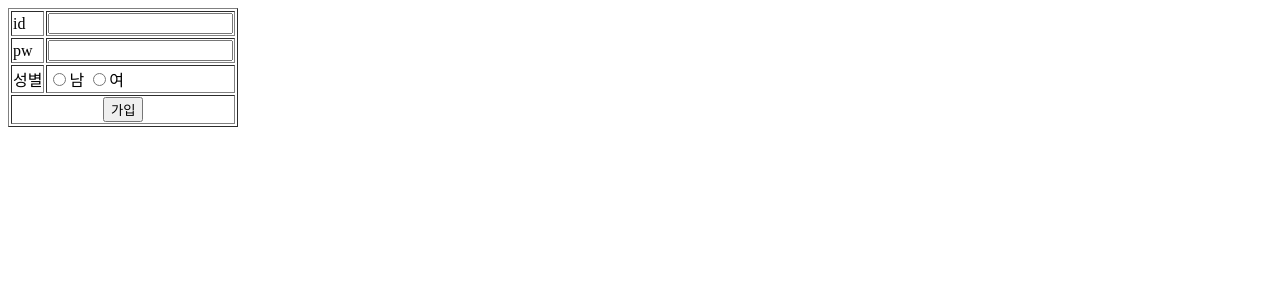
Repository: shouvoo/bitAcademy
Page: http://localhost/jspProj/request/joinForm.jsp
These files come from the project's save history. The page is drawn as it stood at one moment and after the next save; the edit follows.
The browser window is 1280 px wide. The pictures show the whole page.
The page is served by Tomcat 9.

Above is the page before, as saved 2017-09-27 06:04:01.

After the next save:
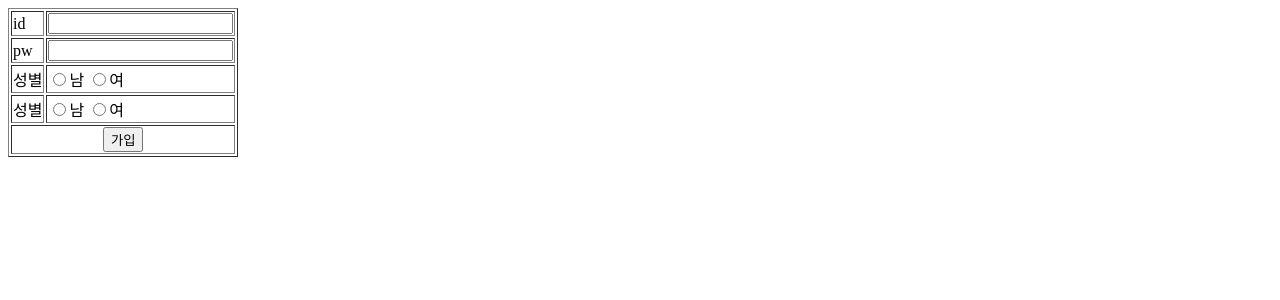
Saved 15 min 6 s later.
--- a/work/jsp/jspProj/WebContent/request/joinForm.jsp
+++ b/work/jsp/jspProj/WebContent/request/joinForm.jsp
@@ -30,6 +30,13 @@
 					</td>
 				</tr>
 				<tr>
+					<td>성별</td>
+					<td>
+						<input type="radio" name="gender" value="m">남
+						<input type="radio" name="gender" value="f">여
+					</td>
+				</tr>
+				<tr>
 					<td colspan="2" align="center">
 						<input type="submit" value="가입">
 					</td>
